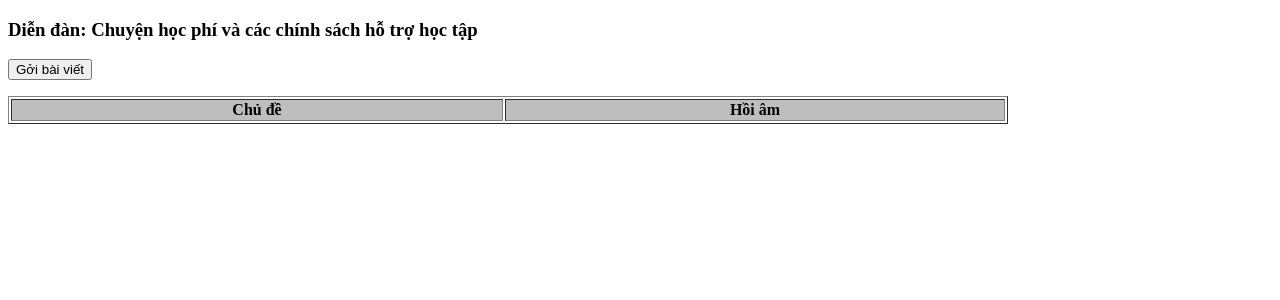
Repository: nguyenthanhnhan-st-961/GiuaKyChuyenDeWeb
Page: http://localhost/listTopics
The author's editor kept a copy of each file at every save. The page is drawn from the files as they stood at one save, then again after the next save.
The browser window is 1280 px wide. The pictures show the whole page.
The page is this project's Thymeleaf template; nobody is signed in. The template is opened directly, without the code that normally fills it, so the values that code supplies are empty.

Above is the page before, as saved 2023-04-12 01:35:22.

### Forum/src/main/resources/templates/listTopics.html
<!DOCTYPE html>
<html xmlns:th="http://www.thymeleaf.org">
<head>
<meta charset="ISO-8859-1">
<title>List Topics</title>
<style>
	tr:nth-child(even), th:nth-child(even) {
	  background-color: #D6EEEE;
	}
	thead{
		background-color: #BEBEBE;
	}
</style>
</head>
<body>
	<h3>Diễn đàn: Chuyện học phí và các chính sách hỗ trợ học tập</h3>

	<p> <a href="#"><button type="button">Gởi bài viết</button></a></p>

	<table border="1" style="width:1000px">
		<thead>
			<tr align="center">
				<td><b>Chủ đề</b></td>
				<td><b>Hồi âm</b></td>
			</tr>
		</thead>
		<tbody>
			<tr th:each="topic : ${topics}">
				<td>
					<a th:href="@{/showTopic (id=${topic.getId()})}" th:text="${topic.title}"></a> <br>
						 <span th:with="newMessage=${topic.getNewMessage()}">
							 Bài mới nhất by
							 <a href="#" th:if="${newMessage != null}" th:text="${newMessage.creator.username}"></a>,
							 <a href="#" th:if="${newMessage == null}" th:text="${topic.creator.username}"></a>,
							<span th:text="${topic.createdTime}"></span>
						 </span>
				</td>
				<td align="center" th:text="${topic.messages.size()}"></td>
			</tr>
		</tbody>
	</table>
</body>
</html>

After the next save:
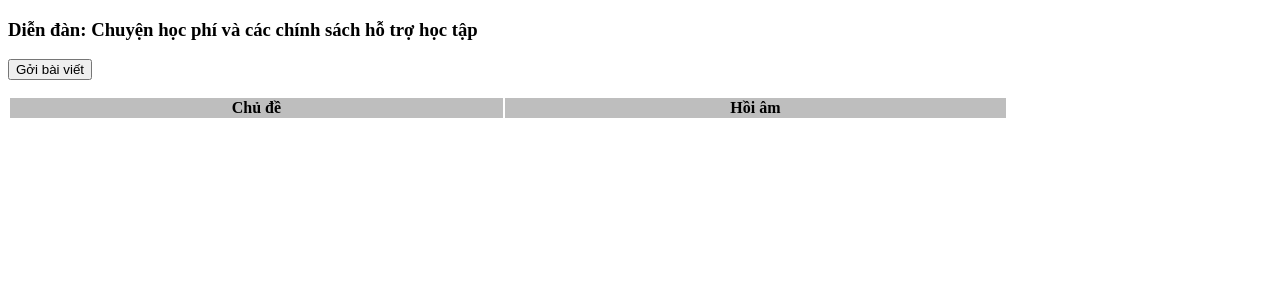
Saved 19 s later.
--- a/Forum/src/main/resources/templates/listTopics.html
+++ b/Forum/src/main/resources/templates/listTopics.html
@@ -17,7 +17,7 @@
 
 	<p> <a href="#"><button type="button">Gởi bài viết</button></a></p>
 
-	<table border="1" style="width:1000px">
+	<table border="0" style="width:1000px">
 		<thead>
 			<tr align="center">
 				<td><b>Chủ đề</b></td>
